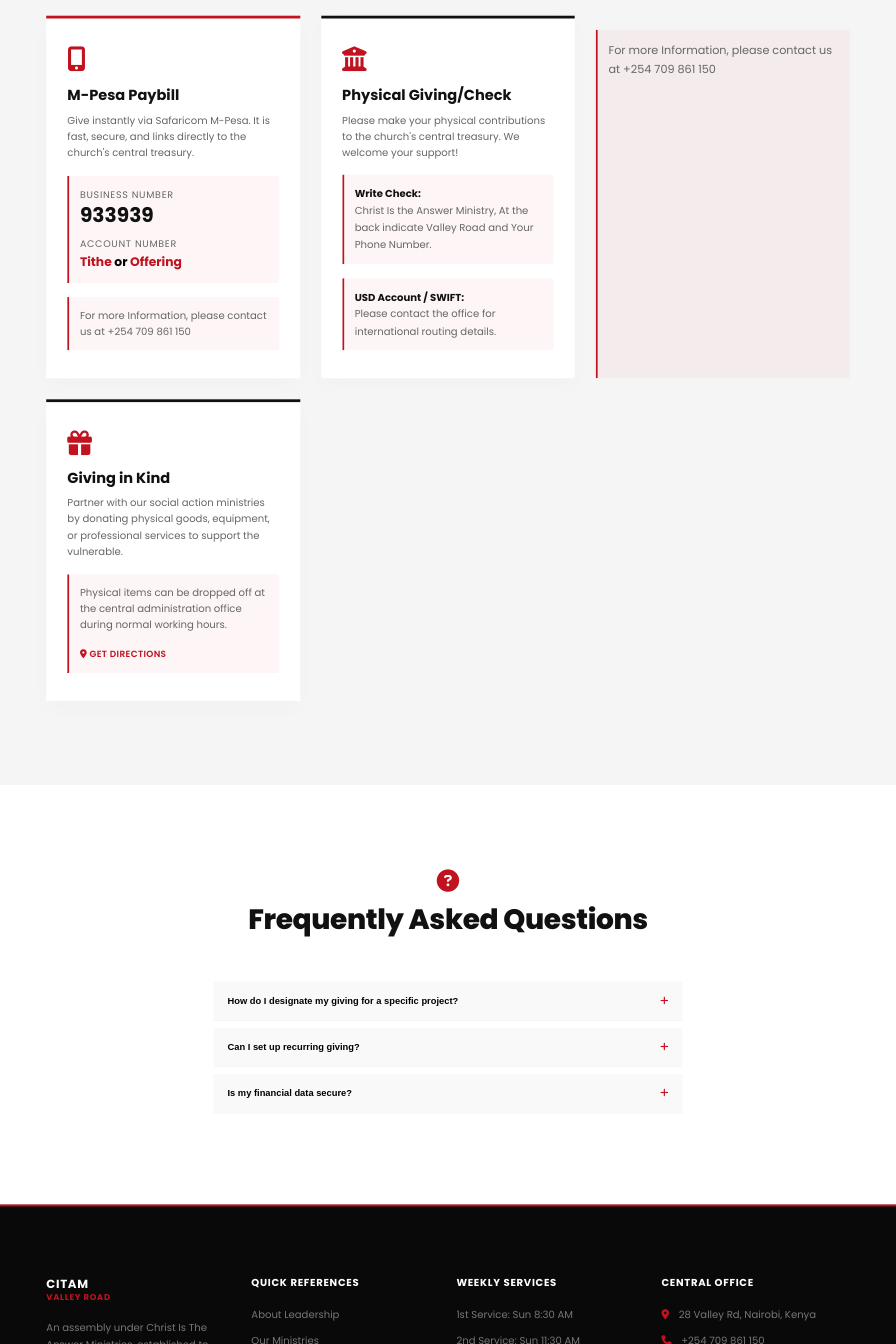
Repository: jereworks/CITAMVRD-Website
Page: give.html
An editor plug-in stored every save of this project. The page is shown before and after the next save, followed by the edit.
The browser window is 1280 px wide. The pictures show the part of the page from y = 798 to 2718 px (the page is 2989 px tall before and 2987 px after), at 70% of full size.

Above is the page before, as saved 2026-06-12 07:39:19.

After the next save:
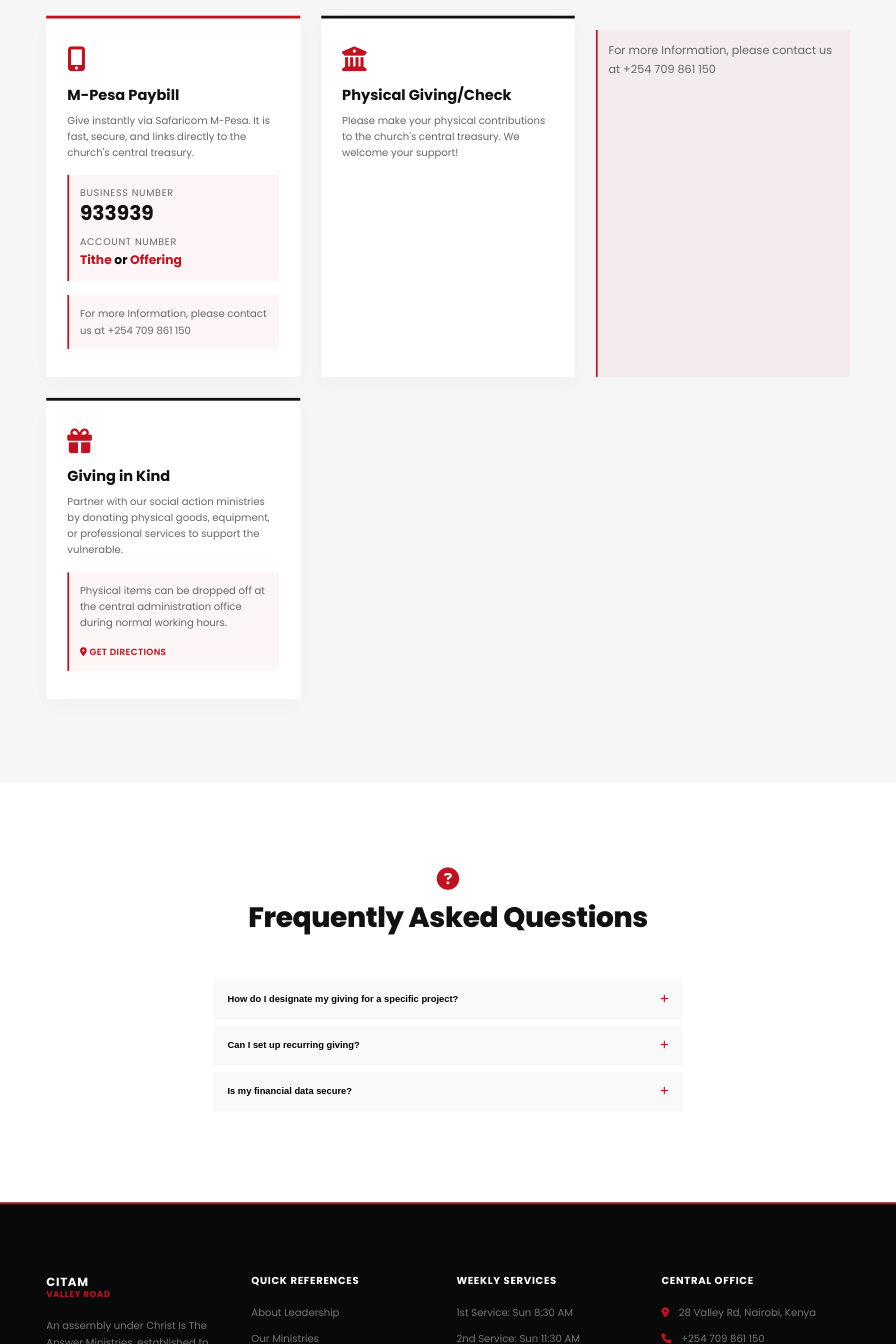
Saved 27 s later.
--- a/give.html
+++ b/give.html
@@ -115,17 +115,7 @@
                     <p style="flex-grow: 1;">Please make your physical contributions to the church's central treasury. We welcome your support!</p>
 
                     <div>
-                        <ul style="list-style: none; font-size: 0.9rem;">
-                            <li style="background: rgba(193, 18, 31, 0.04); border-left: 3px solid var(--primary); padding: 15px; margin-top: 20px; border-radius: 0 4px 4px 0;">
-                                <strong style="color: var(--dark); display: block;">Write Check:</strong>
-                                Christ Is the Answer Ministry, At the back indicate Valley Road and Your Phone Number.
-                            </li>
-
-                            <li style="background: rgba(193, 18, 31, 0.04); border-left: 3px solid var(--primary); padding: 15px; margin-top: 20px; border-radius: 0 4px 4px 0;">
-                                <strong style="color: var(--dark); display: block;">USD Account / SWIFT:</strong>
-                                Please contact the office for international routing details.
-                            </li>
-                        </ul>
+
                     </div>
                 </div>
 
